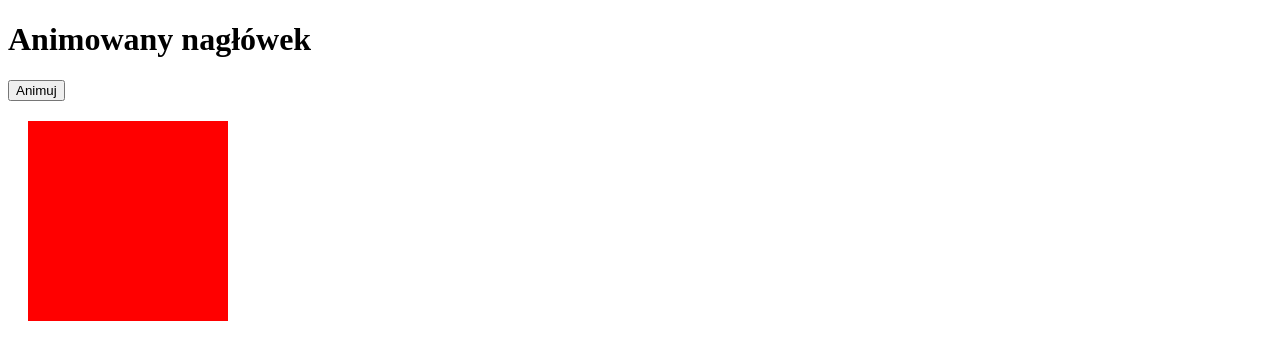
Repository: magdaf41/jQuery
Page: zadanie 3/index.html
An editor plug-in stored every save of this project. The page is shown before and after the next save, followed by the edit.
The browser window is 1280 px wide. The pictures show the whole page.

Above is the page before, as saved 2020-09-09 21:15:35.

After the next save:
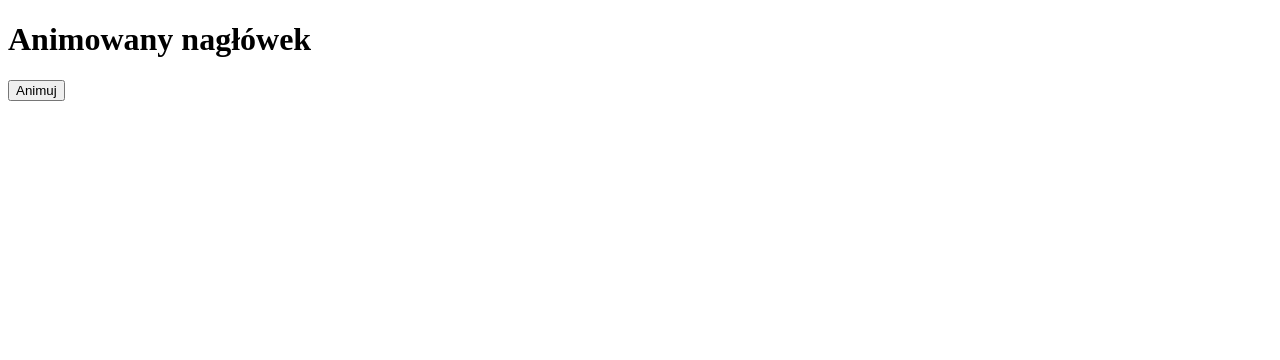
Console error: SyntaxError: missing ) after argument list
Saved 2 min 25 s later.
--- a/zadanie 3/js/main.js
+++ b/zadanie 3/js/main.js
@@ -7,7 +7,9 @@
     });
 
     $('#animate').click(function() {
-        $('#square').animate({marginLeft: '100px', width: '100px', height:'100px' }, 3000
+        $('#square').animate({'marginLeft': '100px', 'width': '100px', 'height':'100px' }, 3000, function() {
+            $('#square').animate({'background-color': 'blue'}, 5000
+        }
     )});
 });
 

After the save that followed:
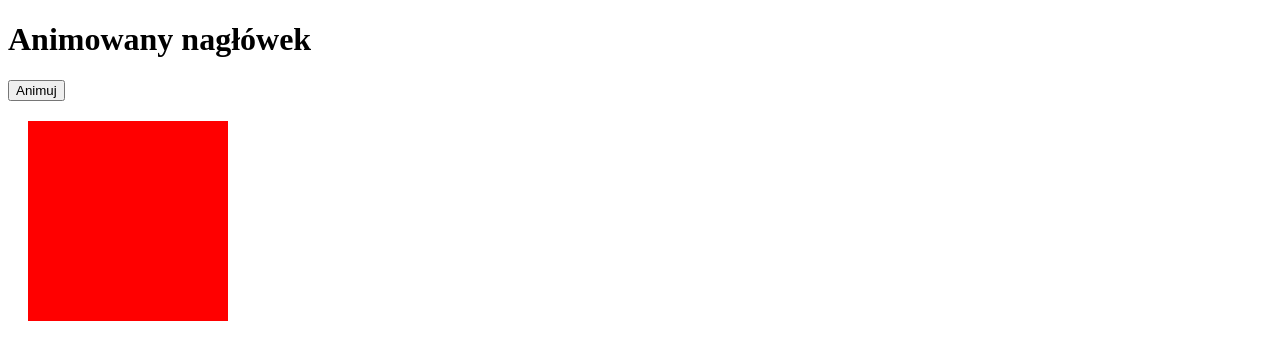
The error is gone.
Saved 13 s later.
--- a/zadanie 3/js/main.js
+++ b/zadanie 3/js/main.js
@@ -8,8 +8,8 @@
 
     $('#animate').click(function() {
         $('#square').animate({'marginLeft': '100px', 'width': '100px', 'height':'100px' }, 3000, function() {
-            $('#square').animate({'background-color': 'blue'}, 5000
-        }
+            $('#square').animate({'background-color': 'blue'}, 5000)
+            }
     )});
 });
 
